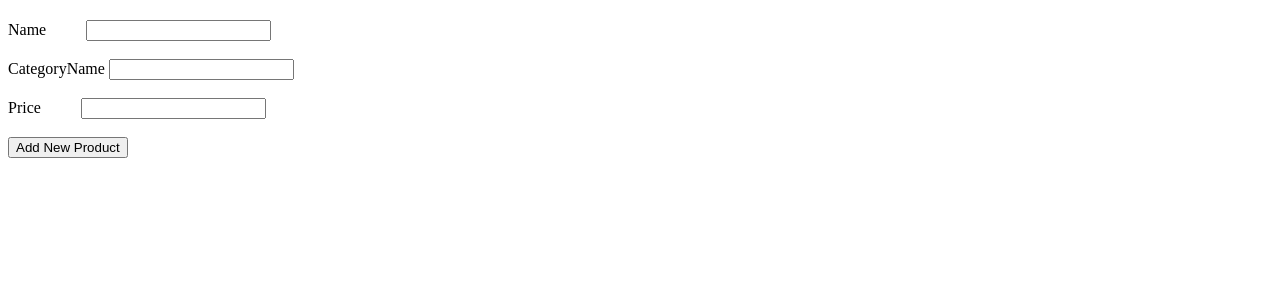
Repository: hnineiphyu-128/JavaEE_Exeercise_Lession
Page: http://localhost/05-jsp-java-bean/
The author's editor kept a copy of each file at every save. The page is drawn from the files as they stood at one save, then again after the next save.
The browser window is 1280 px wide. The pictures show the whole page.
The page is served by Tomcat 9.

Above is the page before, as saved 2020-12-17 10:49:04.

After the next save:
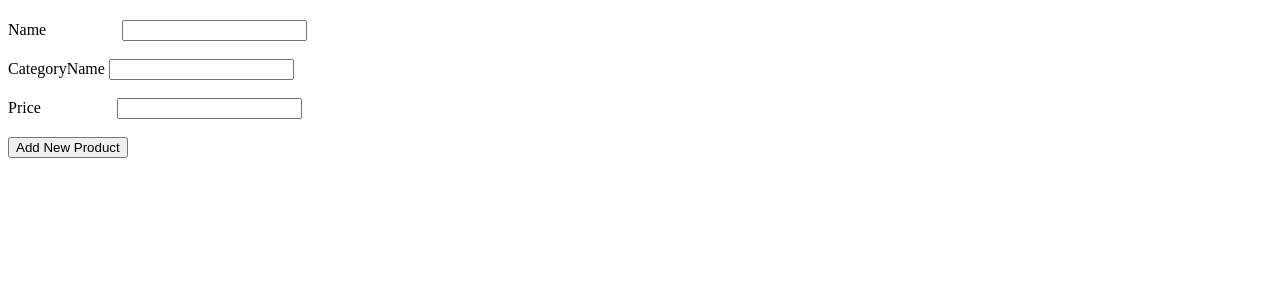
Saved 17 s later.
--- a/05-jsp-java-bean/src/main/webapp/index.jsp
+++ b/05-jsp-java-bean/src/main/webapp/index.jsp
@@ -10,11 +10,11 @@
 
 	<h2></h2>
 	<form action="create-product.jsp" method="post">
-		<label> Name &nbsp;&nbsp;&nbsp;&nbsp;&nbsp;&nbsp;&nbsp;&nbsp; </label>
+		<label> Name &nbsp;&nbsp;&nbsp;&nbsp;&nbsp;&nbsp;&nbsp;&nbsp; &nbsp;&nbsp;&nbsp;&nbsp;&nbsp;&nbsp;&nbsp;&nbsp; </label>
 		<input type="text" name="name"><br><br>
 		<label> CategoryName </label>
 		<input type="text" name="categoryName"><br><br>
-		<label> Price &nbsp;&nbsp;&nbsp;&nbsp;&nbsp;&nbsp;&nbsp;&nbsp; </label>
+		<label> Price &nbsp;&nbsp;&nbsp;&nbsp;&nbsp;&nbsp;&nbsp;&nbsp;  &nbsp;&nbsp;&nbsp;&nbsp;&nbsp;&nbsp;&nbsp;&nbsp; </label>
 		<input type="text" name="price"><br><br>
 
 		<button type="submit"> Add New Product </button>
